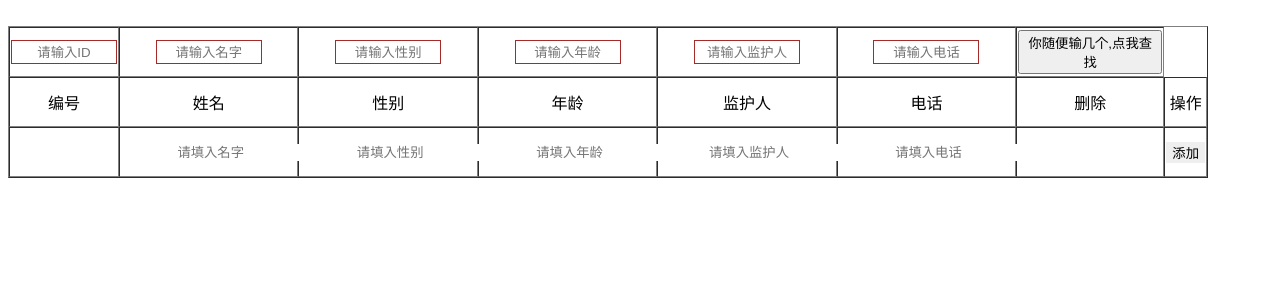
Repository: zhangweihang/management_system
Page: http://localhost/ItsTimeToShow/all
The author's editor kept a copy of each file at every save. The page is drawn from the files as they stood at one save, then again after the next save.
The browser window is 1280 px wide. The pictures show the whole page.
The page is served by Tomcat 9. Queries for data that is not in the repository find no rows.

Above is the page before, as saved 2017-09-29 12:52:01.

After the next save:
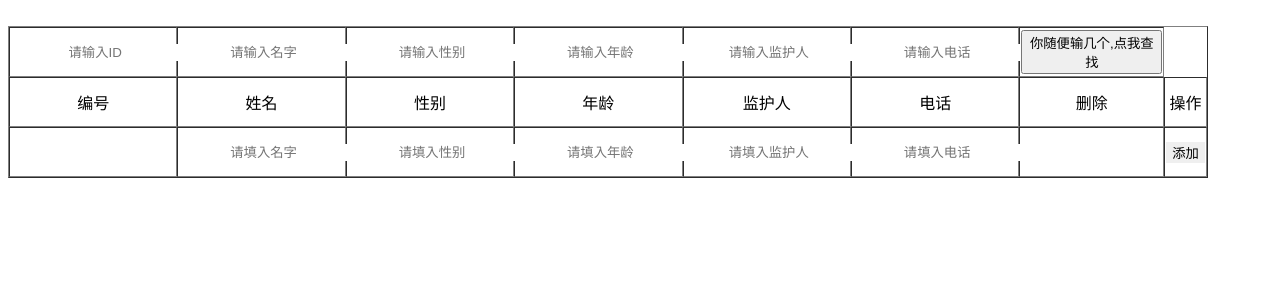
Saved 11 s later.
--- a/ItsTimeToShow/WebContent/all.jsp
+++ b/ItsTimeToShow/WebContent/all.jsp
@@ -15,18 +15,6 @@
 		text-align: center;
 		width:100%;
 		height:100%;
-	}
-	.haha1{
-		border:1px solid brown;
-		text-align: center;
-		width:100px;
-		height:20px;
-	}
-	#haha2{
-		border:1px solid red;
-		text-align: center;
-		width:50px;
-		height:20px;
 	}
 	.red{
 		background-color: red;
